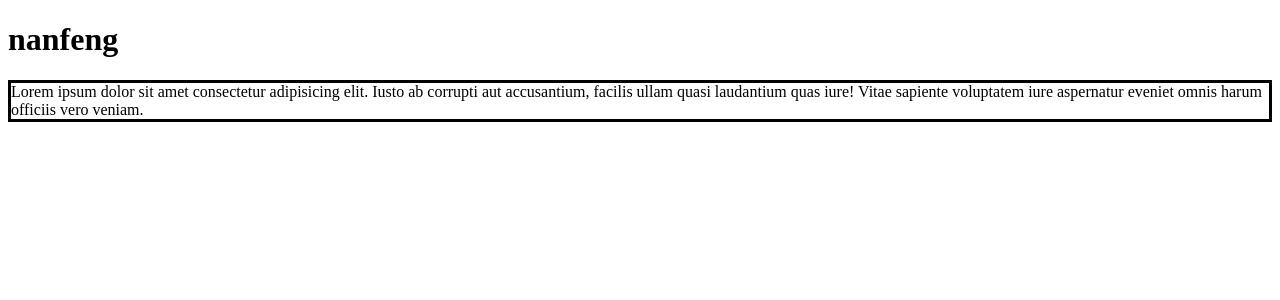
Repository: nanfengovo/CSS
Page: border.html
An editor plug-in stored every save of this project. The page is shown before and after the next save, followed by the edit.
The browser window is 1280 px wide. The pictures show the whole page.

Above is the page before, as saved 2024-12-31 23:15:16.

### border.html
<!DOCTYPE html>
<html lang="en">
<head>
    <meta charset="UTF-8">
    <meta name="viewport" content="width=device-width, initial-scale=1.0">
    <title>边框 border</title>
    <style>
        p{
            border-style: solid;
        }
    </style>
</head>
<body>
    <h1>nanfeng</h1>
    <p>Lorem ipsum dolor sit amet consectetur adipisicing elit. Iusto ab corrupti aut accusantium, facilis ullam quasi laudantium quas iure! Vitae sapiente voluptatem iure aspernatur eveniet omnis harum officiis vero veniam.</p>
</body>
</html>

After the next save:
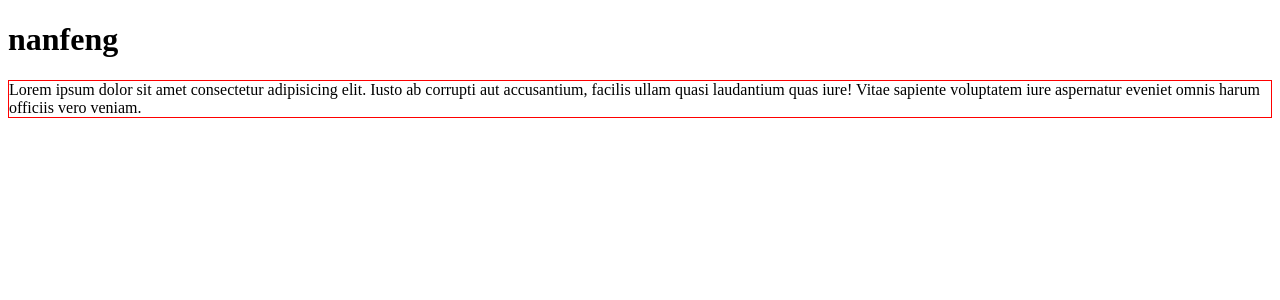
Saved 94 s later.
--- a/border.html
+++ b/border.html
@@ -6,7 +6,9 @@
     <title>边框 border</title>
     <style>
         p{
-            border-style: solid;
+            border-style: solid;/*边框样式 solid :实线*/
+            border-width: 1px;/*边框宽度*/
+            border-color: red;
         }
     </style>
 </head>
